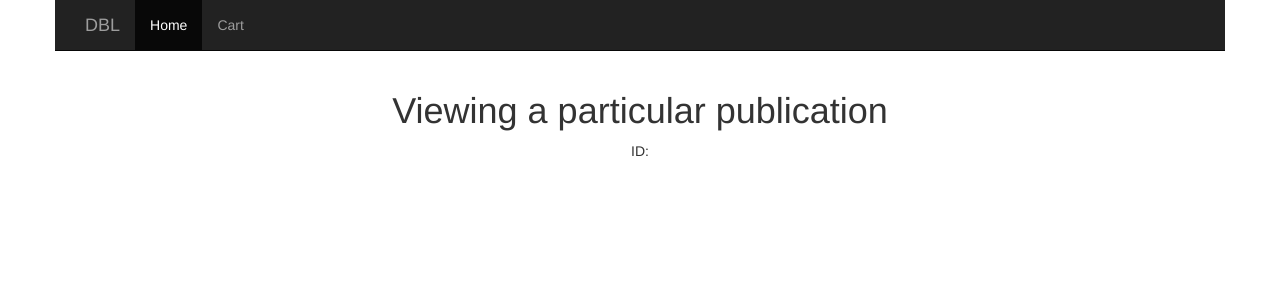
Repository: iancwwong/DigitalBibliographicalLibrary
Page: http://localhost/DigitalBibliographicLibrary/publicationpage.jsp
These files come from the project's save history. The page is drawn as it stood at one moment and after the next save; the edit follows.
The browser window is 1280 px wide. The pictures show the whole page.
The page is served by Tomcat 9.

Above is the page before, as saved 2016-08-26 09:59:01.

After the next save:
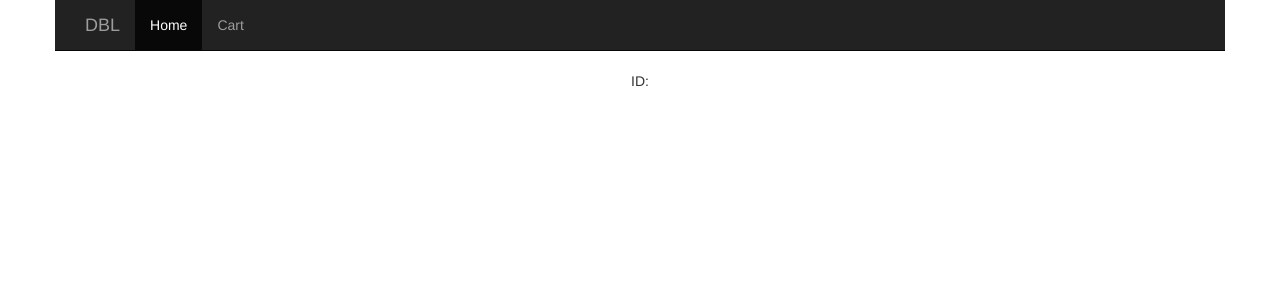
Saved 107 s later.
--- a/DigitalBibliographicLibrary/WebContent/publicationpage.jsp
+++ b/DigitalBibliographicLibrary/WebContent/publicationpage.jsp
@@ -28,7 +28,6 @@
 	<!-- navbar -- >
 	<%@ include file="include/navbar.html"%>
 	<center>
-	<h1>Viewing a particular publication</h1>
 	<p>ID: ${publication.id} </p>
 	</center>
 
